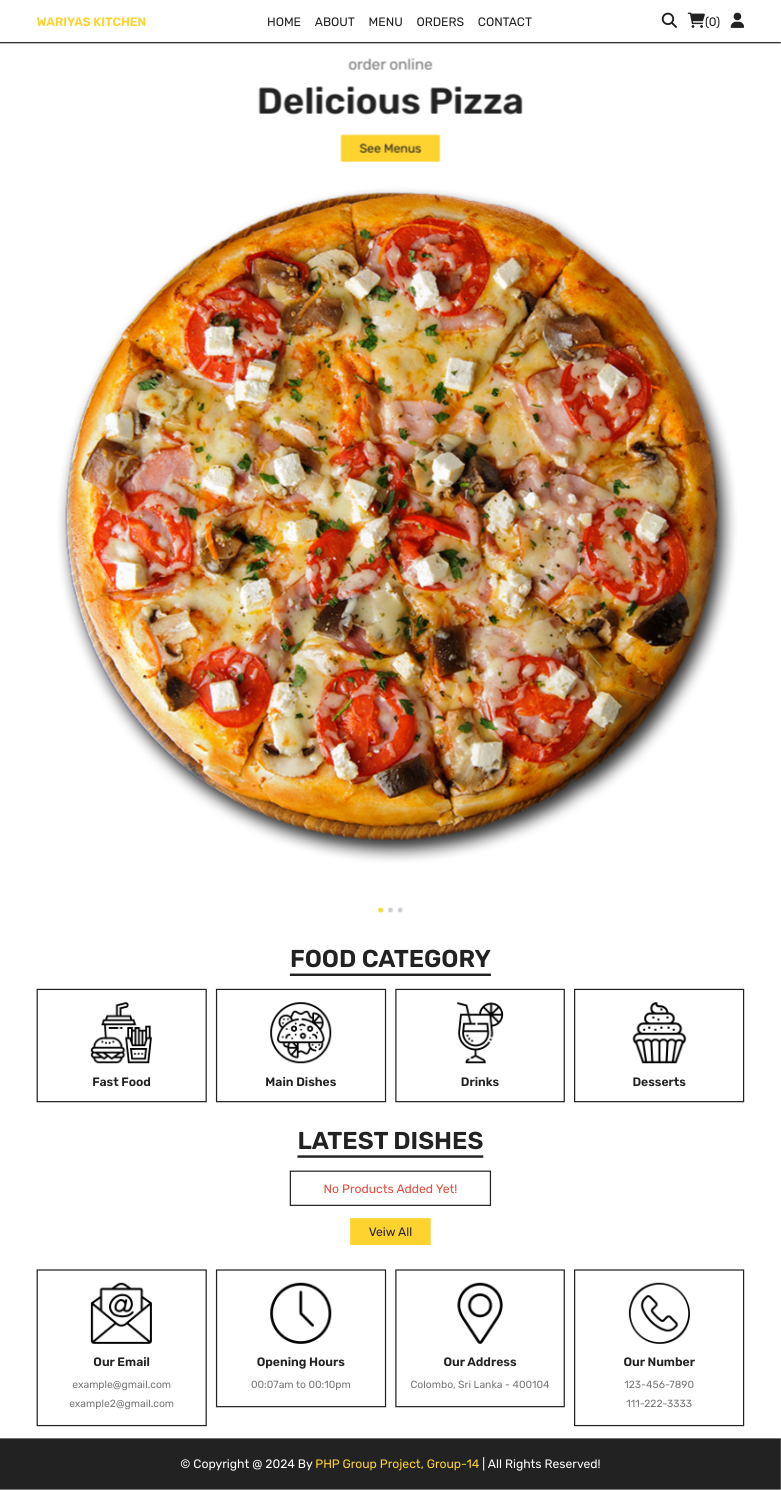
Repository: navodniwarshana/food_order_site
Page: http://localhost/home.php
The author's editor kept a copy of each file at every save. The page is drawn from the files as they stood at one save, then again after the next save.
The browser window is 1280 px wide. The pictures show the whole page, at 61% of full size.
Some web libraries are served in a nearby version. The page is run by PHP 8.4 with error messages shown; the project is at /var/www/html/. Queries for data that is not in the repository find no rows.

Above is the page before, as saved 2024-09-27 18:30:32.
Console error: TypeError: Cannot read properties of null (reading 'style')

### home.php
<?php

include 'components/connect.php';

session_start();

if(isset($_SESSION['user_id'])){
   $user_id = $_SESSION['user_id'];
}else{
   $user_id = '';
};

include 'components/add_cart.php';

?>

<!DOCTYPE html>
<html lang="en">
<head>
   <meta charset="UTF-8">
   <meta http-equiv="X-UA-Compatible" content="IE=edge">
   <meta name="viewport" content="width=device-width, initial-scale=1.0">
   <title>home</title>

   <link rel="stylesheet" href="https://unpkg.com/swiper@8/swiper-bundle.min.css" />

   <!-- font awesome cdn link  -->
   <link rel="stylesheet" href="https://cdnjs.cloudflare.com/ajax/libs/font-awesome/6.1.1/css/all.min.css">

   <!-- custom css file link  -->
   <link rel="stylesheet" href="css/style.css">

</head>
<body>

<?php include 'components/user_header.php'; ?>



<section class="hero">

   <div class="swiper hero-slider">

      <div class="swiper-wrapper">

         <div class="swiper-slide slide">
            <div class="content">
               <span>order online</span>
               <h3>delicious pizza</h3>
               <a href="menu.php" class="btn">see menus</a>
            </div>
            <div class="image">
               <img src="images/home-img-1.png" alt="">
            </div>
         </div>

         <div class="swiper-slide slide">
            <div class="content">
               <span>order online</span>
               <h3>chezzy hamburger</h3>
               <a href="menu.php" class="btn">see menus</a>
            </div>
            <div class="image">
               <img src="images/home-img-2.png" alt="">
            </div>
         </div>

         <div class="swiper-slide slide">
            <div class="content">
               <span>order online</span>
               <h3>rosted chicken</h3>
               <a href="menu.php" class="btn">see menus</a>
            </div>
            <div class="image">
               <img src="images/home-img-3.png" alt="">
            </div>
         </div>

      </div>

      <div class="swiper-pagination"></div>

   </div>

</section>

<section class="category">

   <h1 class="title">food category</h1>

   <div class="box-container">

      <a href="category.php?category=fast food" class="box">
         <img src="images/cat-1.png" alt="">
         <h3>fast food</h3>
      </a>

      <a href="category.php?category=main dish" class="box">
         <img src="images/cat-2.png" alt="">
         <h3>main dishes</h3>
      </a>

      <a href="category.php?category=drinks" class="box">
         <img src="images/cat-3.png" alt="">
         <h3>drinks</h3>
      </a>

      <a href="category.php?category=desserts" class="box">
         <img src="images/cat-4.png" alt="">
         <h3>desserts</h3>
      </a>

   </div>

</section>




<section class="products">

   <h1 class="title">latest dishes</h1>

   <div class="box-container">

      <?php
         $select_products = $conn->prepare("SELECT * FROM `products` LIMIT 6");
         $select_products->execute();
         if($select_products->rowCount() > 0){
            while($fetch_products = $select_products->fetch(PDO::FETCH_ASSOC)){
      ?>
      <form action="" method="post" class="box">
         <input type="hidden" name="pid" value="<?= $fetch_products['id']; ?>">
         <input type="hidden" name="name" value="<?= $fetch_products['name']; ?>">
         <input type="hidden" name="price" value="<?= $fetch_products['price']; ?>">
         <input type="hidden" name="image" value="<?= $fetch_products['image']; ?>">
         <a href="quick_view.php?pid=<?= $fetch_products['id']; ?>" class="fas fa-eye"></a>
         <button type="submit" class="fas fa-shopping-cart" name="add_to_cart"></button>
         <img src="uploaded_img/<?= $fetch_products['image']; ?>" alt="">
         <a href="category.php?category=<?= $fetch_products['category']; ?>" class="cat"><?= $fetch_products['category']; ?></a>
         <div class="name"><?= $fetch_products['name']; ?></div>
         <div class="flex">
            <div class="price"><span>$</span><?= $fetch_products['price']; ?></div>
            <input type="number" name="qty" class="qty" min="1" max="99" value="1" maxlength="2">
         </div>
      </form>
      <?php
            }
         }else{
            echo '<p class="empty">no products added yet!</p>';
         }
      ?>

   </div>

   <div class="more-btn">
      <a href="menu.html" class="btn">veiw all</a>
   </div>

</section>


<?php include 'components/footer.php'; ?>


<script src="https://unpkg.com/swiper@8/swiper-bundle.min.js"></script>

<!-- custom js file link  -->
<script src="js/script.js"></script>

<script>

var swiper = new Swiper(".hero-slider", {
   loop:true,
   grabCursor: true,
   effect: "flip",
   pagination: {
      el: ".swiper-pagination",
      clickable:true,
   },
});

</script>

</body>
</html>

### components/add_cart.php
<?php

if(isset($_POST['add_to_cart'])){

   if($user_id == ''){
      header('location:login.php');
   }else{

      $pid = $_POST['pid'];
      $pid = filter_var($pid, FILTER_SANITIZE_STRING);
      $name = $_POST['name'];
      $name = filter_var($name, FILTER_SANITIZE_STRING);
      $price = $_POST['price'];
      $price = filter_var($price, FILTER_SANITIZE_STRING);
      $image = $_POST['image'];
      $image = filter_var($image, FILTER_SANITIZE_STRING);
      $qty = $_POST['qty'];
      $qty = filter_var($qty, FILTER_SANITIZE_STRING);

      $check_cart_numbers = $conn->prepare("SELECT * FROM `cart` WHERE name = ? AND user_id = ?");
      $check_cart_numbers->execute([$name, $user_id]);

      if($check_cart_numbers->rowCount() > 0){
         $message[] = 'already added to cart!';
      }else{
         $insert_cart = $conn->prepare("INSERT INTO `cart`(user_id, pid, name, price, quantity, image) VALUES(?,?,?,?,?,?)");
         $insert_cart->execute([$user_id, $pid, $name, $price, $qty, $image]);
         $message[] = 'added to cart!';

      }

   }

}

?>

### components/footer.php
<footer class="footer">

   <section class="grid">

      <div class="box">
         <img src="images/email-icon.png" alt="">
         <h3>our email</h3>
         <a href="mailto:example@gmail.com">example@gmail.com</a>
         <a href="mailto:example2@gmail.com">example2@gmail.com</a>
      </div>

      <div class="box">
         <img src="images/clock-icon.png" alt="">
         <h3>opening hours</h3>
         <p>00:07am to 00:10pm</p>
      </div>

      <div class="box">
         <img src="images/map-icon.png" alt="">
         <h3>our address</h3>
         <a href="#">Colombo, Sri Lanka - 400104</a>
      </div>

      <div class="box">
         <img src="images/phone-icon.png" alt="">
         <h3>our number</h3>
         <a href="tel:1234567890">123-456-7890</a>
         <a href="tel:1112223333">111-222-3333</a>
      </div>

   </section>

   <div class="credit">&copy; copyright @ <?= date('Y'); ?> by <span>PHP Group Project, Group-14</span> | all rights reserved!</div>

</footer>

<!-- <div class="loader">
   <img src="images/loader.gif" alt="">
</div> -->

### css/style.css
@import url("https://fonts.googleapis.com/css2?family=Rubik:wght@300;400;500;600&display=swap");

:root {
  --yellow: #fed330;
  --red: #e74c3c;
  --white: #fff;
  --black: #222;
  --light-color: #777;
  --border: 0.2rem solid var(--black);
}

* {
  font-family: "Rubik", sans-serif;
  margin: 0;
  padding: 0;
  box-sizing: border-box;
  outline: none;
  border: none;
  text-decoration: none;
}

*::selection {
  background-color: var(--yellow);
  color: var(--black);
}

::-webkit-scrollbar {
  height: 0.5rem;
  width: 1rem;
}

::-webkit-scrollbar-track {
  background-color: transparent;
}

::-webkit-scrollbar-thumb {
  background-color: var(--yellow);
}

html {
  font-size: 62.5%;
  overflow-x: hidden;
  scroll-behavior: smooth;
  stop-opacity: 7rem;
}

section {
  margin: 0 auto;
  max-width: 1200px;
  padding: 2rem;
}

.title {
  text-align: center;
  margin-bottom: 2.5rem;
  font-size: 4rem;
  color: var(--black);
  text-transform: uppercase;
  text-decoration: underline;
  text-underline-offset: 1rem;
}

.heading {
  display: flex;
  align-items: center;
  justify-content: center;
  gap: 1rem;
  flex-flow: column;
  background-color: var(--black);
  min-height: 20rem;
}

.heading h3 {
  font-size: 5rem;
  color: var(--white);
  text-transform: capitalize;
}

.heading p {
  font-size: 2.3rem;
  color: var(--light-color);
}

.heading p a {
  color: var(--yellow);
}

.heading p a:hover {
  text-decoration: underline;
  color: var(--white);
}

.btn,
.delete-btn {
  margin-top: 1rem;
  display: inline-block;
  font-size: 2rem;
  padding: 1rem 3rem;
  cursor: pointer;
  text-transform: capitalize;
  transition: 0.2s linear;
}

.btn {
  background-color: var(--yellow);
  color: var(--black);
}

.delete-btn {
  background-color: var(--red);
  color: var(--white);
}

.btn:hover,
.delete-btn:hover {
  letter-spacing: 0.2rem;
}

.disabled {
  opacity: 0.5;
  user-select: none;
  pointer-events: none;
}

.message {
  position: sticky;
  top: 0;
  max-width: 1200px;
  margin: 0 auto;
  padding: 2rem;
  display: flex;
  align-items: center;
  gap: 1rem;
  justify-content: space-between;
  background-color: var(--yellow);
}

.message span {
  font-size: 2rem;
  color: var(--black);
}

.message i {
  font-size: 2.5rem;
  color: var(--red);
  cursor: pointer;
}

.message i:hover {
  color: var(--black);
}

.empty {
  border: var(--border);
  padding: 1.5rem;
  text-align: center;
  width: 100%;
  font-size: 2rem;
  text-transform: capitalize;
  color: var(--red);
}

.flex-btn {
  display: flex;
  gap: 1rem;
}

.header {
  position: sticky;
  top: 0;
  left: 0;
  right: 0;
  z-index: 1000;
  background-color: var(--white);
  border-bottom: var(--border);
}

.header .flex {
  display: flex;
  align-items: center;
  justify-content: space-between;
  position: relative;
}

.header .flex .logo {
  font-size: 2.5rem;
  color: var(--black);
}

.header .flex .navbar a {
  font-size: 2rem;
  color: var(--black);
  margin: 0 1rem;
}

.header .flex .navbar a:hover {
  color: var(--yellow);
  text-decoration: underline;
}

.header .flex .icons > * {
  margin-left: 1.5rem;
  font-size: 2.5rem;
  color: var(--black);
  cursor: pointer;
}

.header .flex .icons > *:hover {
  color: var(--yellow);
}

.header .flex .icons span {
  font-size: 2rem;
}

#menu-btn {
  display: none;
}

.header .flex .profile {
  background-color: var(--white);
  border: var(--border);
  padding: 1.5rem;
  text-align: center;
  position: absolute;
  top: 125%;
  right: 2rem;
  width: 30rem;
  display: none;
  animation: fadeIn 0.2s linear;
}

.header .flex .profile.active {
  display: inline-block;
}

@keyframes fadeIn {
  0% {
    transform: translateY(1rem);
  }
}

.header .flex .profile .name {
  font-size: 2rem;
  color: var(--black);
  margin-bottom: 0.5rem;
}

.header .flex .profile .account {
  margin-top: 1.5rem;
  font-size: 2rem;
  color: var(--light-color);
}

.header .flex .profile .account a {
  color: var(--black);
}

.header .flex .profile .account a:hover {
  color: var(--yellow);
  text-decoration: underline;
}


.hero

.hero .slide {
  display: flex;
  align-items: center;
  flex-wrap: wrap-reverse;
  gap: 2rem;
  margin-bottom: 4rem;
}

.hero .slide .image {
  flex: 1 1 40rem;
}

.hero .slide .image img {
  width: 100%;
}

.hero .slide .content {
  flex: 1 1 40rem;
  text-align: center;
}

.hero .slide .content span {
  font-size: 2.5rem;
  color: var(--light-color);
}

.hero .slide .content h3 {
  margin: 1rem 0;
  font-size: 6rem;
  color: var(--black);
  text-transform: capitalize;
}

.swiper-pagination-bullet-active {
  background-color: var(--yellow);
}

.category .box-container {
  display: grid;
  grid-template-columns: repeat(auto-fit, minmax(27rem, 1fr));
  gap: 1.5rem;
  align-items: flex-start;
}

.category .box-container .box {
  border: var(--border);
  padding: 2rem;
  text-align: center;
}

.category .box-container .box img {
  width: 100%;
  height: 10rem;
  object-fit: contain;
}

.category .box-container .box h3 {
  font-size: 2rem;
  margin-top: 1.5rem;
  color: var(--black);
  text-transform: capitalize;
}

.category .box-container .box:hover {
  background-color: var(--black);
}

.category .box-container .box:hover img {
  filter: invert(1);
}

.category .box-container .box:hover h3 {
  color: var(--white);
}

.products .box-container {
  display: grid;
  grid-template-columns: repeat(auto-fit, 33rem);
  justify-content: center;
  align-items: flex-start;
  gap: 1.5rem;
}

.products .box-container .box {
  border: var(--border);
  padding: 1.5rem;
  position: relative;
  overflow: hidden;
}

.products .box-container .box img {
  height: 25rem;
  width: 100%;
  object-fit: contain;
  margin-bottom: 1rem;
}

.products .box-container .box .fa-eye,
.products .box-container .box .fa-shopping-cart {
  position: absolute;
  top: 1rem;
  height: 4.5rem;
  width: 4.5rem;
  line-height: 4.3rem;
  border: var(--border);
  background-color: var(--white);
  cursor: pointer;
  font-size: 2rem;
  color: var(--black);
  transition: 0.2s linear;
  text-align: center;
}

.products .box-container .box .fa-eye:hover,
.products .box-container .box .fa-shopping-cart:hover {
  background-color: var(--black);
  color: var(--white);
}

.products .box-container .box .fa-eye {
  left: -10rem;
}

.products .box-container .box .fa-shopping-cart {
  right: -10rem;
}

.products .box-container .box:hover .fa-eye {
  left: 1rem;
}

.products .box-container .box:hover .fa-shopping-cart {
  right: 1rem;
}

.products .box-container .box .cat {
  font-size: 1.8rem;
  color: var(--light-color);
}

.products .box-container .box .cat:hover {
  color: var(--black);
  text-decoration: underline;
}

.products .box-container .box .name {
  font-size: 2rem;
  color: var(--black);
  margin: 1rem 0;
}

.products .box-container .box .flex {
  display: flex;
  align-items: center;
  gap: 1rem;
  margin-top: 1.5rem;
}

.products .box-container .box .flex .price {
  margin-right: auto;
  font-size: 2.5rem;
  color: var(--black);
}

.products .box-container .box .flex .price span {
  color: var(--light-color);
  font-size: 1.8rem;
}

.products .box-container .box .flex .qty {
  padding: 1rem;
  border: var(--border);
  font-size: 1.8rem;
  color: var(--black);
}

.products .box-container .box .flex .fa-edit {
  width: 5rem;
  background-color: var(--yellow);
  color: var(--black);
  cursor: pointer;
  font-size: 1.8rem;
  height: 4.5rem;
  border: var(--border);
}

.products .box-container .box .flex .fa-edit:hover {
  background-color: var(--black);
  color: var(--white);
}

.products .box-container .box .fa-times {
  position: absolute;
  top: 1rem;
  right: 1rem;
  background-color: var(--red);
  color: var(--white);
  border: var(--border);
  line-height: 4rem;
  height: 4.3rem;
  width: 4.5rem;
  cursor: pointer;
  font-size: 2rem;
}

.products .box-container .box .fa-times:hover {
  background-color: var(--black);
  color: var(--white);
}

.products .box-container .box .sub-total {
  margin-top: 1rem;
  font-size: 1.8rem;
  color: var(--light-color);
}

.products .box-container .box .sub-total span {
  color: var(--red);
}

.products .more-btn {
  margin-top: 1rem;
  text-align: center;
}

.products .cart-total {
  display: flex;
  align-items: center;
  gap: 1.5rem;
  flex-wrap: wrap;
  justify-content: space-between;
  margin-top: 3rem;
  border: var(--border);
  padding: 1rem;
}

.products .cart-total p {
  font-size: 2.5rem;
  color: var(--light-color);
}

.products .cart-total p span {
  color: var(--red);
}

.products .cart-total .btn {
  margin-top: 0;
}

.about .row {
  display: flex;
  align-items: center;
  flex-wrap: wrap;
  gap: 1.5rem;
}

.about .row .image {
  flex: 1 1 40rem;
}

.about .row .image img {
  width: 100%;
}

.about .row .content {
  flex: 1 1 40rem;
  text-align: center;
}

.about .row .content h3 {
  font-size: 3rem;
  color: var(--black);
  text-transform: capitalize;
  margin-bottom: 1rem;
}

.about .row .content p {
  padding: 1rem 0;
  line-height: 2;
  font-size: 1.6rem;
  color: var(--light-color);
}

.steps .box-container {
  display: grid;
  grid-template-columns: repeat(auto-fit, minmax(30rem, 1fr));
  gap: 1.5rem;
  align-items: flex-start;
}

.steps .box-container .box {
  text-align: center;
  border: var(--border);
  padding: 2rem;
}

.steps .box-container .box img {
  height: 15rem;
  width: 100%;
  object-fit: contain;
  margin-bottom: 1rem;
}

.steps .box-container .box h3 {
  font-size: 2.3rem;
  margin: 1rem 0;
  color: var(--black);
  text-transform: capitalize;
}

.steps .box-container .box p {
  line-height: 2;
  font-size: 1.6rem;
  color: var(--light-color);
}

.reviews .slide {
  margin-bottom: 4rem;
  border: var(--border);
  padding: 2rem;
  text-align: center;
}

.reviews .slide img {
  height: 10rem;
  width: 10rem;
  border-radius: 50%;
}

.reviews .slide p {
  padding: 1.5rem 0;
  line-height: 2;
  font-size: 1.6rem;
  color: var(--light-color);
}

.reviews .slide .stars {
  display: inline-block;
  padding: 0.5rem 1.5rem;
  border: var(--border);
}

.reviews .slide .stars i {
  font-size: 1.8rem;
  color: var(--yellow);
}

.reviews .slide h3 {
  font-size: 2rem;
  margin-top: 1.5rem;
  text-transform: capitalize;
  color: var(--black);
}

.contact .row {
  display: flex;
  align-items: center;
  flex-wrap: wrap;
  gap: 1.5rem;
}

.contact .row .image {
  flex: 1 1 40rem;
}

.contact .row .image img {
  width: 100%;
}

.contact .row form {
  border: var(--border);
  flex: 1 1 40rem;
  padding: 2rem;
  text-align: center;
}

.contact .row form h3 {
  font-size: 2.5rem;
  color: var(--black);
  margin-bottom: 1rem;
  text-transform: capitalize;
}

.contact .row form .box {
  margin: 0.7rem 0;
  font-size: 1.8rem;
  color: var(--black);
  border: var(--border);
  padding: 1.4rem;
  width: 100%;
}

.contact .row form textarea {
  height: 15rem;
  resize: none;
}

.search-form form {
  display: flex;
  gap: 1.3rem;
}

.search-form form .box {
  width: 100%;
  border: var(--border);
  padding: 1.4rem;
  font-size: 1.8rem;
  color: var(--black);
}

.search-form form .fa-search {
  width: 6rem;
  background-color: var(--black);
  color: var(--white);
  cursor: pointer;
  font-size: 2.5rem;
}

.search-form form .fa-search:hover {
  background-color: var(--yellow);
  color: var(--black);
}

.checkout form {
  max-width: 50rem;
  margin: 0 auto;
  border: var(--border);
  padding: 2rem;
}

.checkout form h3 {
  font-size: 2.5rem;
  text-transform: capitalize;
  padding: 2rem 0;
  color: var(--black);
}

.checkout form .cart-items {
  background-color: var(--black);
  padding: 2rem;
  padding-top: 0;
}

.checkout form .cart-items h3 {
  color: var(--white);
}

.checkout form .cart-items p {
  display: flex;
  align-items: center;
  gap: 1.5rem;
  justify-content: space-between;
  margin: 1rem 0;
  line-height: 1.5;
  font-size: 2rem;
}

.checkout form .cart-items p .name {
  color: var(--light-color);
}

.checkout form .cart-items p .price {
  color: var(--yellow);
}

.checkout form .cart-items .grand-total {
  background-color: var(--white);
  padding: 0.5rem 1.5rem;
}

.checkout form .cart-items .grand-total .price {
  color: var(--red);
}

.checkout form .user-info p {
  font-size: 2rem;
  line-height: 1.5;
  padding: 1rem 0;
}

.checkout form .user-info p i {
  color: var(--light-color);
  margin-right: 1rem;
}

.checkout form .user-info p span {
  color: var(--black);
}

.checkout form .user-info .box {
  width: 100%;
  border: var(--border);
  padding: 1.4rem;
  margin-top: 2rem;
  margin-bottom: 1rem;
  font-size: 1.8rem;
}

.orders .box-container {
  display: flex;
  flex-wrap: wrap;
  gap: 1.5rem;
  align-items: flex-start;
}

.orders .box-container .box {
  padding: 1rem 2rem;
  border: var(--border);
  flex: 1 1 40rem;
}

.orders .box-container .box p {
  line-height: 1.5;
  margin: 1rem 0;
  font-size: 2rem;
  color: var(--light-color);
}

.orders .box-container .box p span {
  color: var(--black);
}

.form-container form {
  border: var(--border);
  margin: 0 auto;
  max-width: 50rem;
  padding: 2rem;
  text-align: center;
}

.form-container form h3 {
  font-size: 2.5rem;
  color: var(--black);
  text-transform: uppercase;
  margin-bottom: 1rem;
}

.form-container form .box {
  margin: 0.7rem 0;
  width: 100%;
  border: var(--border);
  padding: 1.4rem;
  font-size: 1.8rem;
  color: var(--black);
}

.form-container form p {
  margin-top: 1.5rem;
  font-size: 2rem;
  color: var(--light-color);
}

.form-container form p a {
  color: var(--black);
}

.form-container form p a:hover {
  text-decoration: underline;
}

.user-details .user {
  max-width: 50rem;
  margin: 0 auto;
  border: var(--border);
  padding: 2rem;
}

.user-details .user img {
  width: 100%;
  height: 20rem;
  object-fit: contain;
  margin-bottom: 1rem;
}

.user-details .user p {
  padding: 1rem 0;
  line-height: 1.5;
  font-size: 2rem;
}

.user-details .user p span {
  color: var(--black);
}

.user-details .user p i {
  margin-right: 1rem;
  color: var(--light-color);
}

.user-details .user .address {
  margin-top: 1rem;
}

.quick-view form {
  max-width: 40rem;
  padding: 2rem;
  border: var(--border);
  position: relative;
  margin: 0 auto;
}

.quick-view form img {
  height: 25rem;
  width: 100%;
  object-fit: contain;
  margin-bottom: 1rem;
}

.quick-view form .cat {
  font-size: 1.8rem;
  color: var(--light-color);
}

.quick-view form .cat:hover {
  color: var(--black);
  text-decoration: underline;
}

.quick-view form .name {
  font-size: 2rem;
  margin: 0.5rem 0;
}

.quick-view form .flex {
  display: flex;
  justify-content: space-between;
  align-items: center;
  gap: 1.5rem;
  margin: 1rem 0;
}

.quick-view form .flex .price {
  font-size: 2.5rem;
  color: var(--black);
}

.quick-view form .flex .price span {
  font-size: 2rem;
  color: var(--light-color);
}

.quick-view form .flex .qty {
  border: var(--border);
  padding: 1rem;
  font-size: 1.8rem;
  color: var(--black);
}

.quick-view form .cart-btn {
  width: 100%;
  padding: 1rem 3rem;
  text-align: center;
  border: var(--border);
  font-size: 2rem;
  color: var(--black);
  cursor: pointer;
  text-transform: capitalize;
  background: none;
  margin-top: 1rem;
}

.quick-view form .cart-btn:hover {
  background-color: var(--black);
  color: var(--white);
}

.footer .grid {
  display: grid;
  grid-template-columns: repeat(auto-fit, minmax(27rem, 1fr));
  gap: 1.5rem;
  align-items: flex-start;
}

.footer .grid .box {
  border: var(--border);
  padding: 2rem;
  text-align: center;
}

.footer .grid .box img {
  height: 10rem;
  width: 100%;
  object-fit: contain;
  margin-bottom: 0.5rem;
}

.footer .grid .box h3 {
  margin: 1rem 0;
  font-size: 2rem;
  color: var(--black);
  text-transform: capitalize;
}

.footer .grid .box p,
.footer .grid .box a {
  display: block;
  font-size: 1.7rem;
  color: var(--light-color);
  line-height: 1.8;
}

.footer .grid .box a:hover {
  text-decoration: underline;
}

.credit {
  padding: 3rem 2rem;
  text-align: center;
  background-color: var(--black);
  color: var(--white);
  font-size: 2rem;
  text-transform: capitalize;
  /* padding-bottom: 10rem; */
}

.credit span {
  color: var(--yellow);
}

.loader {
  position: fixed;
  top: 0;
  left: 0;
  right: 0;
  bottom: 0;
  z-index: 1000000;
  background-color: var(--white);
  display: flex;
  align-items: center;
  justify-content: center;
}

.loader img {
  height: 25rem;
}

/* media queries  */

@media (max-width: 991px) {
  html {
    font-size: 55%;
  }
}

@media (max-width: 768px) {
  #menu-btn {
    display: inline-block;
  }

  .header .flex .navbar {
    position: absolute;
    top: 99%;
    left: 0;
    right: 0;
    border-top: var(--border);
    border-bottom: var(--border);
    background-color: var(--white);
    transition: 0.2s linear;
    clip-path: polygon(0 0, 100% 0, 100% 0, 0 0);
  }

  .header .flex .navbar a {
    display: block;
    margin: 2rem;
  }

  .header .flex .navbar.active {
    clip-path: polygon(0 0, 100% 0, 100% 100%, 0 100%);
  }
}

@media (max-width: 450px) {
  html {
    font-size: 50%;
  }

  .title {
    font-size: 3rem;
  }

  .header .flex .logo {
    font-size: 2rem;
  }

  .hero .slide .content h3 {
    font-size: 5rem;
  }

  .products .box-container {
    grid-template-columns: 1fr;
  }

  .heading h3 {
    font-size: 3.5rem;
  }

  .products .cart-total {
    padding: 1.5rem;
    justify-content: center;
  }

  .flex-btn {
    flex-flow: column;
    gap: 0;
  }
}

Loaded but not shown: components/connect.php (common file); js/script.js (34 lines, source omitted); components/user_header.php (68 lines, source omitted)

After the next save:
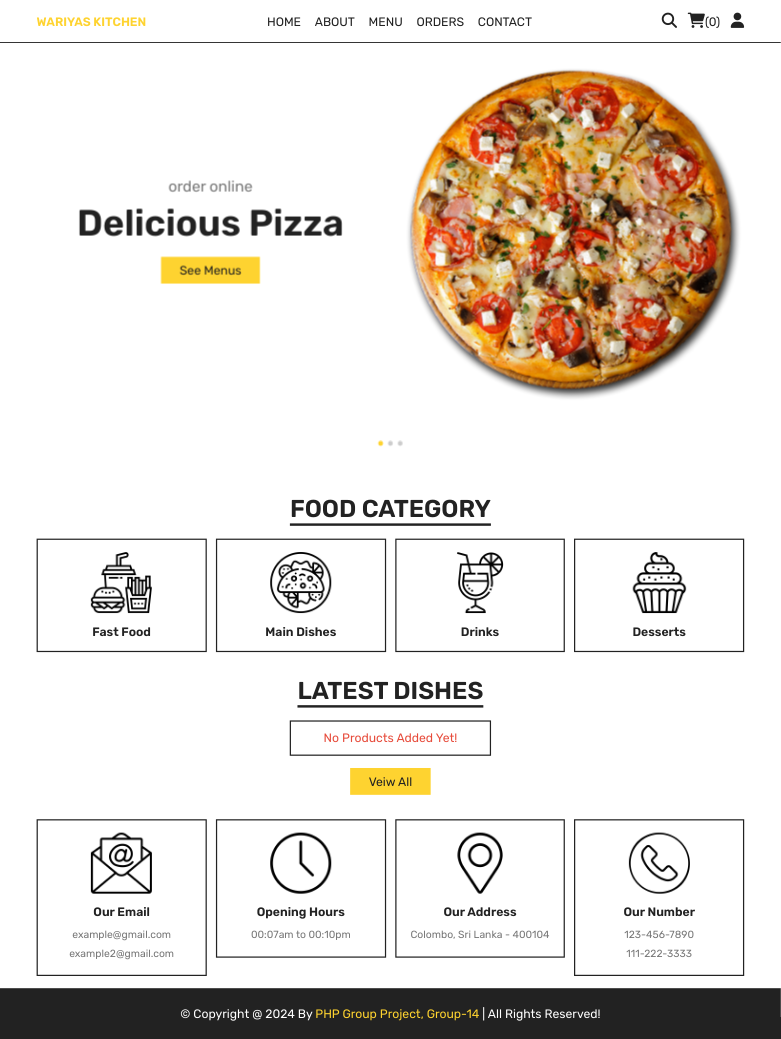
Saved 19 s later.
--- a/css/style.css
+++ b/css/style.css
@@ -262,7 +262,10 @@ section {
 }
 
 
-.hero
+.hero {
+  height: 100vh;
+}
+
 
 .hero .slide {
   display: flex;
